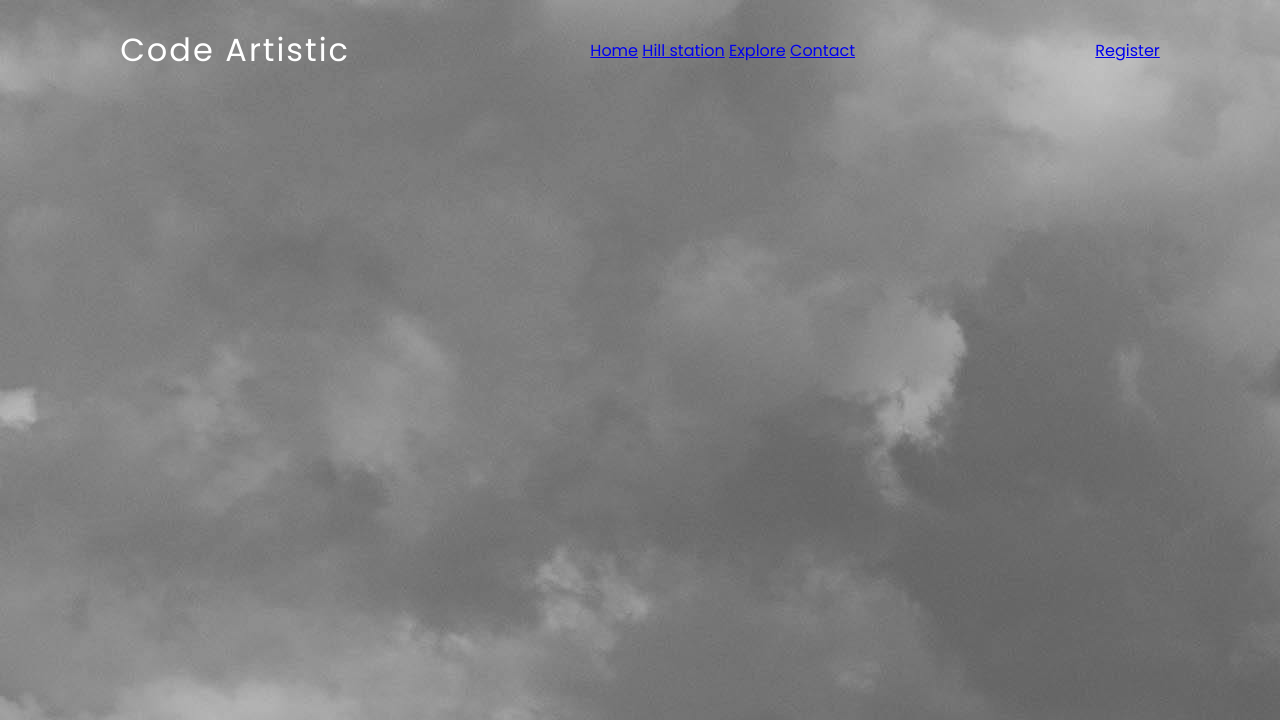
Repository: Ruxmary7/energy
Page: starter/index.html
The author's editor kept a copy of each file at every save. The page is drawn from the files as they stood at one save, then again after a run of saves.
The browser window is 1280 px wide. The pictures show the whole page.

Above is the page before, as saved 2025-01-10 22:02:15.

After the next 2 saves:
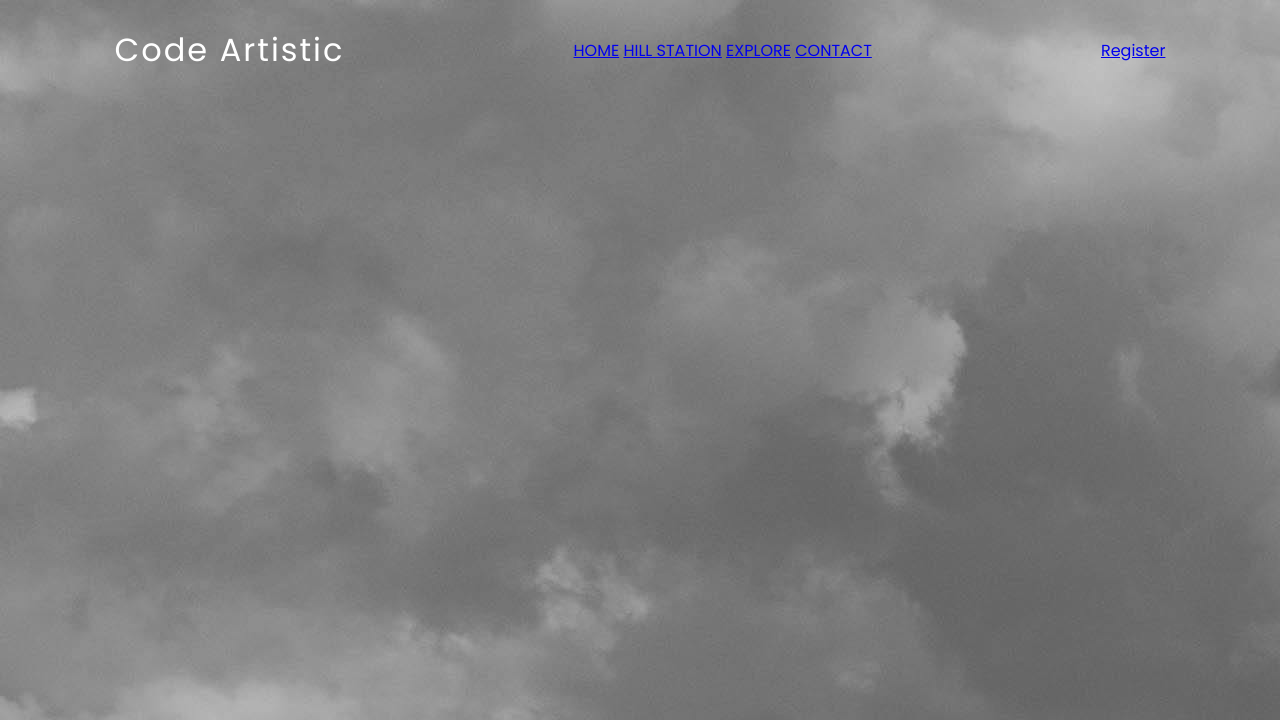
The 2 saves are shown as one change because they came seconds apart.
The last was saved 10 s later.
--- a/starter/style.css
+++ b/starter/style.css
@@ -25,5 +25,7 @@ align-items: center;
 font-size: 2em;
 letter-spacing: 2px;
  }
- menu.a
+ .menu a {
+    text-transform: uppercase;
+ }
 }
